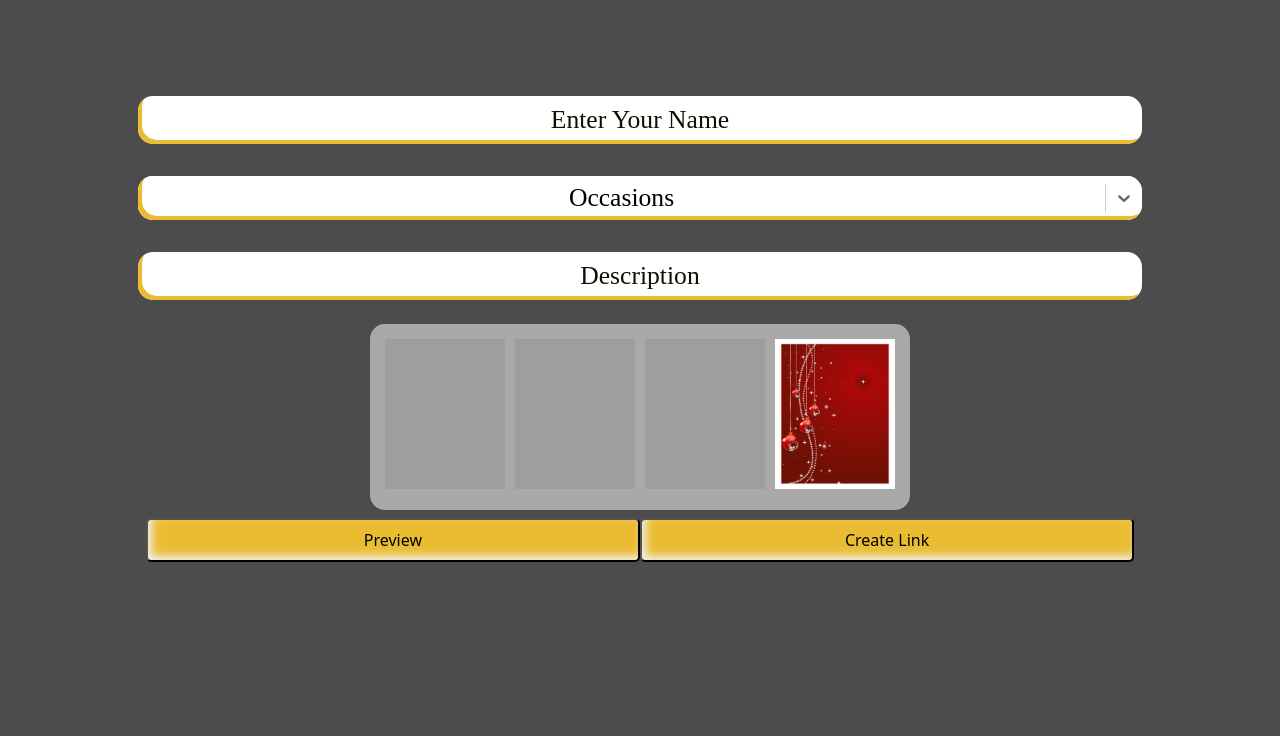
Repository: Haneef-Shaik/Greetings
Page: /
The author's editor kept a copy of each file at every save. The page is drawn from the files as they stood at one save, then again after the next save.
The browser window is 1280 px wide. The pictures show the whole page.
Pictures or frames that could not be fetched are drawn as grey boxes. The project was rebuilt for these pictures with package versions that can differ from the ones it lists, and the page was loaded fresh each time. The framework's server and built-in components were replaced by stand-ins that run in the browser. Also part of the build but not shown: next.config.js, styles/card.module.scss, components/card.js, styles/socialShare.module.scss, components/socialShare.js.

Above is the page before, as saved 2021-12-04 21:58:41.

### pages/_app.js
import '../styles/globals.css'
import 'bootstrap/dist/css/bootstrap.css'


function MyApp({ Component, pageProps }) {
  return <Component {...pageProps} />
}

export default MyApp

### pages/index.js
import Card from "../components/card.js";
import {useRouter} from 'next/router';
import Ss from "../components/socialShare"
import InpFrm from "../components/inpForm"

export default function Home() {
  const {query} = useRouter();
  const myurls='./images/christmas/christmas1.webp';

  if(query.length > 0)
  {

    if(query.greeting)
    {
      return (
        <>
          <Card event={query.event} image={query.bgImg} name={query.name} greeting={query.greeting}  />
        </>
          )
    }
    else
    {
      return (
        <>
          <Card event={query.event} image={query.bgImg} name={query.name}  />
        </>
          )
    }

  }
  else
  {
    return (
        <>
          {/* <InpFrm /> */}
        {/* <Card event='Event' image={myurls} name='Name' color='red'   /> */}
        <InpFrm/>
        </>
        )
  }
    // return (
    //   <>
        {/* <Card event='Event' image={myurls} name='Name' color='red' greeting="Lorem Ipsum is simply dummy text of the printing and typesetting industry. Lorem Ipsum has been thing software like Aldus PageMaker including versions of Lorem Ipsum."  /> */}
        {/* <Ss mylink="localhost:3000/name=haneef&event=christmas" /> */}
    {/*     <Ss mylink="localhost:3000/name=haneef&event=christmasW&sddsajnodsoduaibdadbksa" /> */}
    //   </>
    //     )

}

### components/inpForm.jsx
import React, {useState,useRef} from 'react'

import 'bootstrap/dist/css/bootstrap.min.css';
import IMAGE from 'next/image';
import styles from '../styles/form.module.scss';
import SELECT from 'react-select';

function frame(e)
{
    setMyFrame('none')
}

function Edit() {

    const festivals=[

        {label: 'Christmas',value: 'christmas'},
        {label: 'New Year',value: 'newYear'}

    ];

    const [desc,setDesc]=useState('');
    const [UserName,setName]=useState("");
    const [festivalName,setFestivalName]=useState(festivals.value);
    const [IMG1,setImg]=useState(1);

    const customStyles = {
        control: (provided,state) => ({
        ...provided,
        margin:'0',
        padding:'0',
        textAlign:'center',
        fontFamily: 'Times New Roman',
        fontSize:'1.6rem',
        border:'none',
        backgroundColor:'#fff',
        borderRadius:'15px',
        boxShadow:'inset 4px -4px 0px #EABC32 ',
        lineHeight:'2rem',
        // marginTop:'2rem'
    }),

    placeholder: (provided, state) => ({
        ...provided,
        color:'#000',
        boxShadow:'none'
    })

}






    function sam1() {
        console.log(festivalName);
    }

    return (
        <div className="container-fluid p-2 "  style={{backgroundColor:'#4C4C4C'} }>
            <div className="container">
                <div className="row">
                    <div className="col-12">
                        <div className={styles.formContainer} >
                            <form className="formStyle p-0">
                                <input type="text" value={UserName} placeholder="Enter Your Name" className={styles.myInp} onChange= { (e)=>{setName(e.target.value) } } required/>

                                <SELECT
                                    styles={customStyles}
                                    options={festivals}
                                    onChange= { (e)=>{setFestivalName(e.value)} }
                                    className={styles.myInp}
                                    classNamePrefix="festival"
                                    placeholder="Occasions"
                                    autoFocus
                                    isSearchable
                                />
                                <input type="text" value={desc} placeholder="Description" className={styles.myInp} onChange= { (e)=>{setDesc(e.target.value)} } optional />

                                <div className="d-flex justify-content-around align-items-center flex-wrap mt-4" style={{backgroundColor:'darkgrey',borderRadius:'15px',padding:'10px'}}>


                                <button onClick={()=>setImg(1)} className="btn p-1 btnhighlight" checked >
                                        <IMAGE src={`/images/${festivalName}/1.webp`} width="120" height="150" loading='eager' priority/>
                                </button>

                                <button onClick={()=>setImg(2)} className="btn p-1 btnhighlight">
                                    <IMAGE src={`/images/${festivalName}/2.webp`} width="120" height="150" loading='eager' priority/>
                                </button>

                                <button onClick={()=>setImg(3)} className="btn p-1 btnhighlight" >
                                    <IMAGE src={`/images/${festivalName}/3.webp`} width="120" height="150" loading='eager' priority/>
                                </button>

                                <button onClick={()=>setImg(4)} className="btn p-1 btnhighlight">
                                    <IMAGE src={`/images/${festivalName}/4.webp`} width="120" height="150" loading='eager' priority/>
                                </button>

                                </div>

                                <div className="footerBanner p-2 m-0 d-flex justify-content-around" style={{width: '100%'}}>
                                    <button className="px-4 py-2" style={{backgroundColor:'#EABC32',boxShadow:'inset 4px -4px 8px #f0f0f0',width:'100%',borderRadius:'5px',color:'#000' }} > Preview</button>
                                    <button className="px-4 py-2" style={{backgroundColor:'#EABC32',boxShadow:'inset 4px -4px 8px #f0f0f0',width:'100%',borderRadius:'5px',color:'#000' }} > Create Link </button>
                                </div>
                            </form>
                        </div>
                    </div>
                </div>
            </div>
        </div>
    )
}

export default Edit;
class InvitationCard extends React.Component{
    render(){
        return (

                <div className="body p-2" style={{backgroundColor: this.props.c,backgroundImage:`url(${this.props.im})`,backgroundSize:350,backgroundRepeat:'no-repeat'}} >
                    <h1 id="heading" style={{color: this.props.heading}}>{this.props.name}</h1>
                    <p style={{marginTop: "50px",color: this.props.content}}>{this.props.message}</p>
                    <p style={{color: this.props.content}} id="toWhom">{this.props.to}</p>
                </div>
        )
    }

}

### styles/form.module.scss
.formContainer{
    padding:5%;
    min-height:100vh;
    background-color:#4C4C4C;
    // background: linear-gradient(#920000,#800000,#6D0000,#490000);
    .myInp {
        margin-top:2rem;
        text-align:center;
        font-family: 'Times New Roman', Times, serif;
        font-size:1.6rem;
        border:none;

        background-color:#fff;
        border-radius:15px;
        box-shadow: inset 4px -4px 0px #EABC32  ;
        line-height:3rem;
        width:100%;
        &::placeholder{
            color:#120E02;
        }
    }
    form{
        display: flex;
        align-items:center;
        justify-content: space-evenly;
        flex-direction: column;
        flex-wrap: wrap;

    }
    .bgImg:active{
        border: 5px solid white;
    }
}
.footerBanner{
    width:100vw;
}

Loaded but not shown: styles/globals.css (common file)

After the next save:
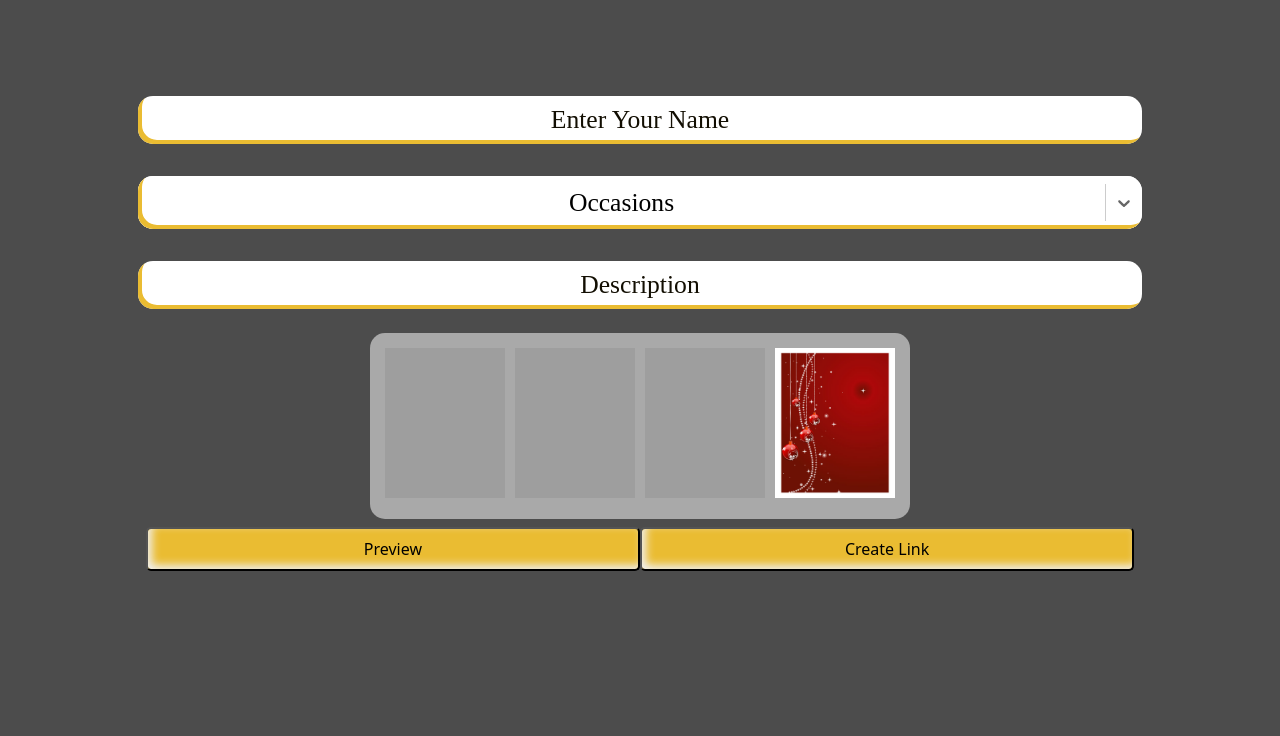
Saved 10 s later.
--- a/components/inpForm.jsx
+++ b/components/inpForm.jsx
@@ -36,7 +36,7 @@ function Edit() {
         backgroundColor:'#fff',
         borderRadius:'15px',
         boxShadow:'inset 4px -4px 0px #EABC32 ',
-        lineHeight:'2rem',
+        lineHeight:'2.6rem',
         // marginTop:'2rem'
     }),
 
